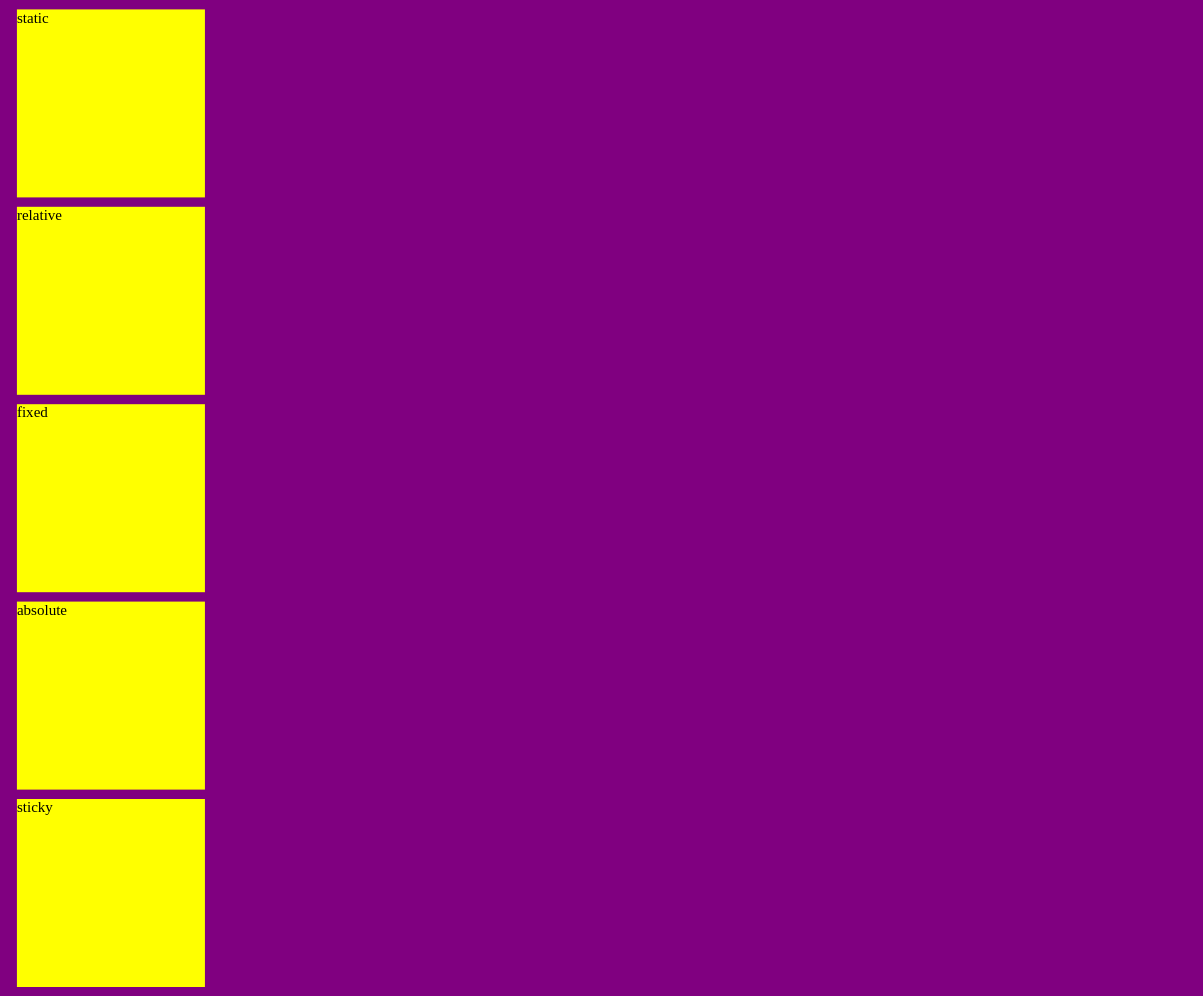
Repository: quenrythane/homepage
Page: CSS positions/CSS-positions.html
The author's editor kept a copy of each file at every save. The page is drawn from the files as they stood at one save, then again after the next save.
The browser window is 1280 px wide. The pictures show the whole page, at 94% of full size.

Above is the page before, as saved 2020-10-10 14:09:49.

### CSS positions/CSS-positions.html
<!DOCTYPE html>
<html lang="en">
<head>
    <meta charset="UTF-8">
    <meta name="viewport" content="width=device-width, initial-scale=1.0">
    <title>CSS-positions</title>
    <link href="CSS-positions.css " rel="stylesheet" type="text/css">
</head>
<body >
    <div class="box">static</div>
    <div class="box">relative</div>
    <div class="box">fixed</div>
    <div class="box">absolute</div>
    <div class="box">sticky</div>

</body>
</html>

### CSS positions/CSS-positions.css
body {
    background: purple;
}

.box{
    background: yellow;
    width: 200px;
    height: 200px ;
    margin: 10px ;
    vertical-align: auto;
    text-align: auto;
}

After the next save:
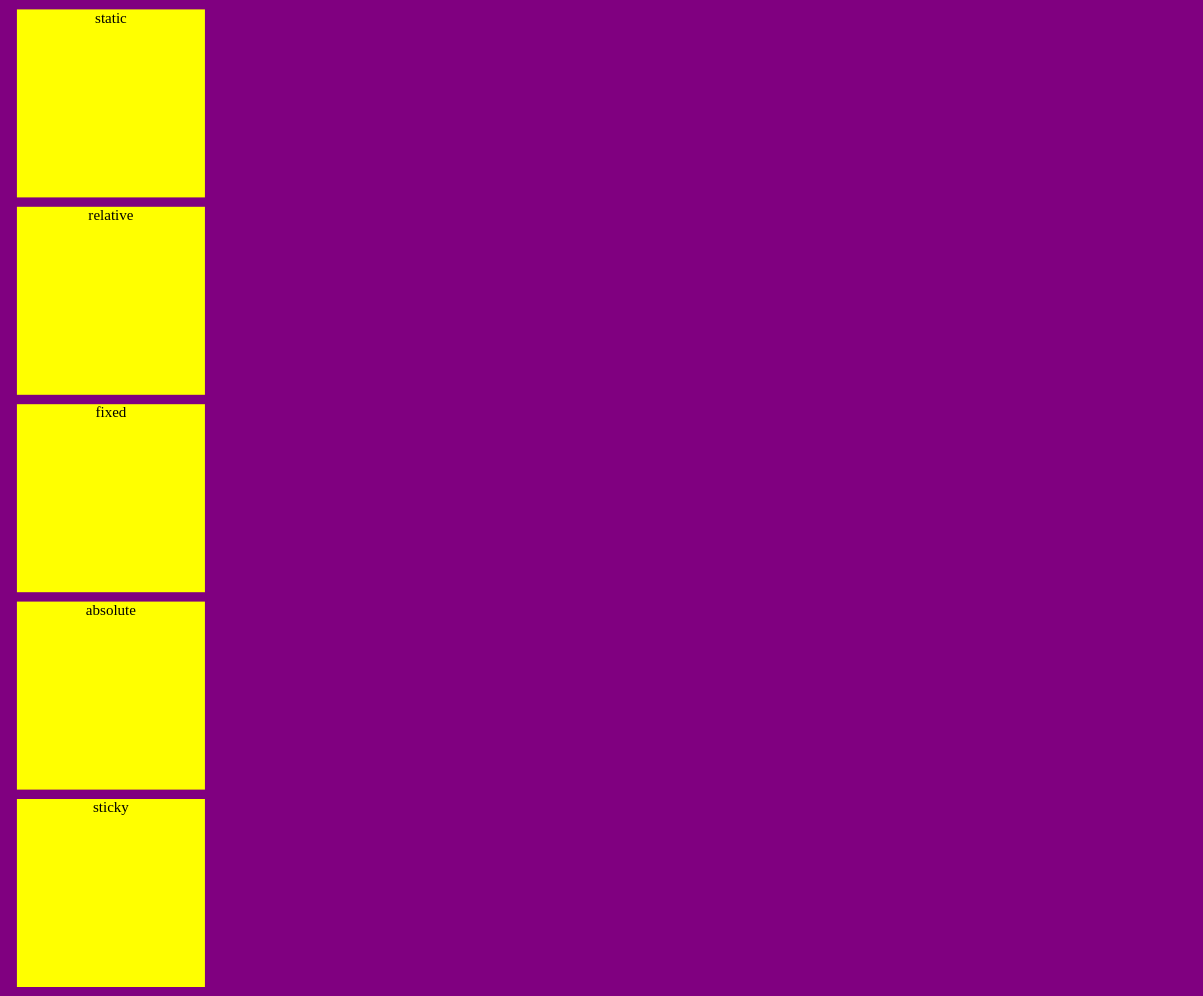
Saved 12 s later.
--- a/CSS positions/CSS-positions.css
+++ b/CSS positions/CSS-positions.css
@@ -8,5 +8,5 @@
     height: 200px ;
     margin: 10px ;
     vertical-align: auto;
-    text-align: auto;
+    text-align: center;
 }
